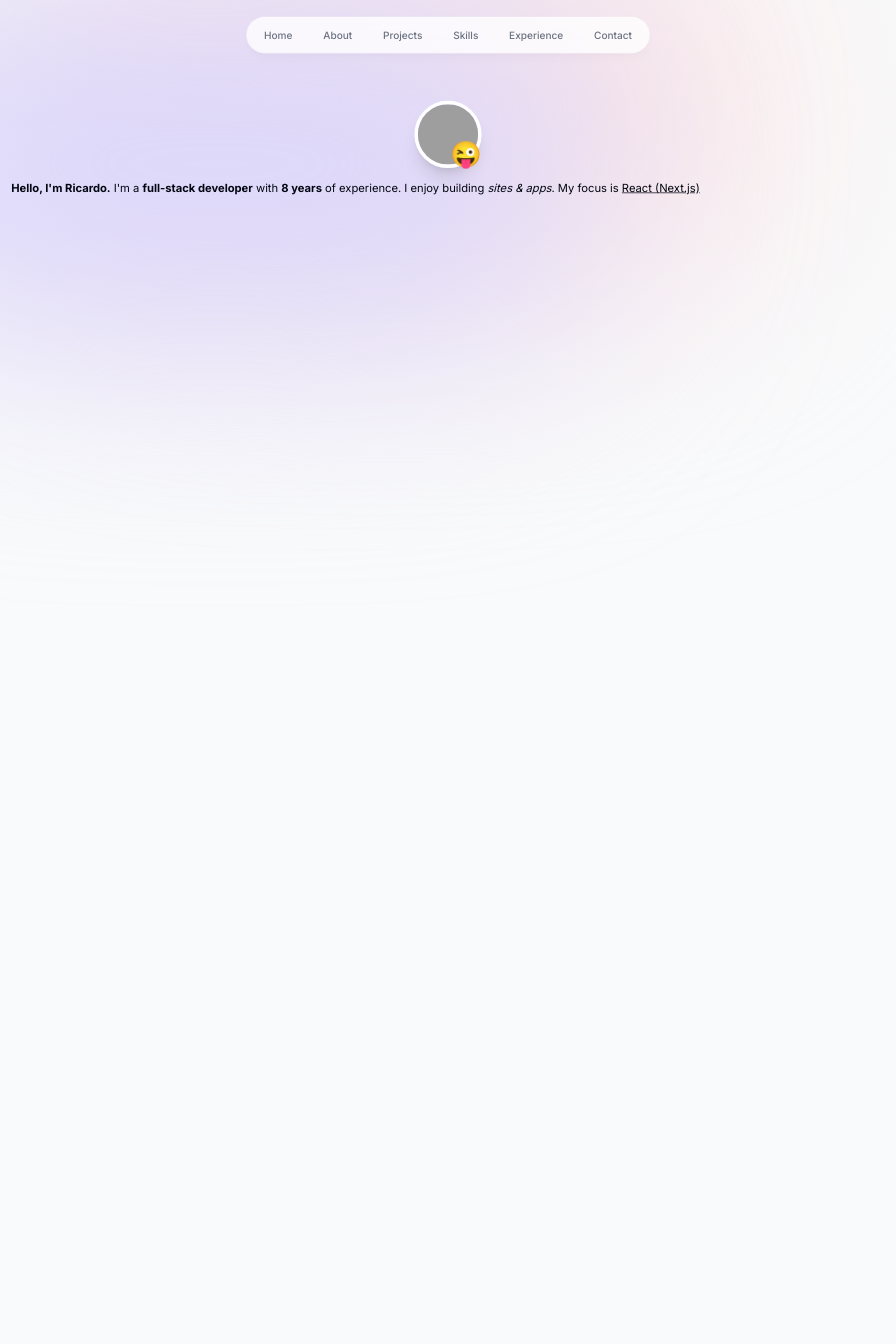
Repository: YUKIKAZE-nanoda/personal-protfolio
Page: /
These files come from the project's save history. The page is drawn as it stood at one moment and after the next save; the edit follows.
The browser window is 1280 px wide. The pictures show the part of the page from y = 0 to 1920 px (the page is 5000 px tall), at 70% of full size.
Pictures or frames that could not be fetched are drawn as grey boxes. The project was rebuilt for these pictures with package versions that can differ from the ones it lists, and the page was loaded fresh each time. The framework's server and built-in components were replaced by stand-ins that run in the browser. Also part of the build but not shown: next.config.js.

Above is the page before, as saved 2023-09-19 15:43:25.

### app/layout.tsx
import './globals.css'
import type { Metadata } from 'next'
import { Inter } from 'next/font/google'
import Header from '@/components/header'

const inter = Inter({ subsets: ['latin'] })

export const metadata: Metadata = {
  title: 'shigure|个人简历',
  description: '练习ts和nsxtjs',
}

export default function RootLayout({
  children,
}: {
  children: React.ReactNode
}) {
  return (
    <html lang="en">
      <body className={`${inter.className} bg-gray-50 text-gray-950 relative h-[5000px] pt-28 sm:pt-36`}>
        <div className="bg-[#fbe2e3] absolute top-[-6rem] -z-10 right-[11rem] h-[31.25rem] w-[31.25rem] rounded-full blur-[10rem] sm:w-[68.65rem]"></div>
        <div className="bg-[#dbd7fb] absolute top-[-1rem] -z-10 left-[-35rem] h-[31.25rem] w-[50rem] rounded-full blur-[10rem] sm:w-[68.65rem] md:left-[-33rem] lg:left-[-28rem] xl:left-[-15rem] 2xl:left-[-5rem]">

        </div>
        <Header/>

        {children}</body>
    </html>
  )
}

### app/page.tsx
import Intro from '@/components/intro'
import Image from 'next/image'

export default function Home() {
  return (
    <main className="">
      <Intro/>
    </main>
  )
}

### components/header.tsx
'use client'
import React from 'react'
import { motion } from "framer-motion"
import { links } from '@/lib/data'
import Link from 'next/link'
export default function Header() {
    return (
        <header className='z-[999] relative'>
            <motion.div className='fixed top-0 left-1/2  h-[4.5rem] w-full rounded-none
            border border-white border-opacity-40 bg-white  bg-opacity-80 shadow-lg
             shadow-black/[0.03] backdrop-blur-[0.5rem] sm:top-6 sm:h-[3.25rem] sm:w-[36rem] sm:rounded-full'
                initial={{ y: -100, x: "-50%", opacity: 0 }}
                animate={{ y: 0, x: "-50%", opacity: 1 }}
            >

            </motion.div>
            <nav className='flex fixed top-[0.15rem] left-1/2 h-12 -translate-x-1/2 py-2 sm:top-[1.7rem] sm:h-[initial] sm:py-0'>
                <ul className='flex w-[22rem] flex-wrap items-center justify-center  gap-y-1 text-[0.9rem] font-medium  text-gray-500 sm:w-[initial] sm:flex-nowrap sm:gap-5'>
                    {links.map(link => (
                        <motion.li key={link.hash} initial={{ y: -100, opacity: 0 }} animate={{ y: 0, opacity: 1 }} className='h-3/4 flex items-center justify-center ' >
                            <Link className="flex w-full items-center  justify-center px-3 py-3 hover:text-gray-950 transtion" href={link.hash}>
                                {link.name}
                            </Link>
                        </motion.li>
                    ))}
                </ul>
            </nav>
        </header>
    )
}

### components/intro.tsx
'use client'
import { motion } from 'framer-motion'
import Image from 'next/image'
import React from 'react'

export default function Intro() {
  return (
    <section>
      <div className='flex items-center justify-center'>
        <div className='relative'>
          <motion.div initial={{ opacity: 0, scale: 0 }}
            animate={{ opacity: 1, scale: 1 }}
            transition={{ type: "tween", duration: 0.25 }}>
            <Image src="https://unsplash.com/photos/a-plate-of-peanut-butter-and-banana-slices-Mt7cBpvCpF4"
              alt='shigure'
              width="192"
              height="192"
              quality="95"
              priority={true}
              className='h-24 w-24 rounded-full object-cover border-[0.35rem] border-white shadow-xl'
            />
          </motion.div>

          <motion.span className='absolute text-4xl bottom-0 right-0'
            initial={{ opacity: 0, scale: 0 }}
            animate={{ opacity: 1, scale: 1 }}
            transition={{
              type: 'spring',
              stiffness: 125,
              delay: 0.1,
              duration: 0.7
            }}
          >
            😜
          </motion.span>
        </div>
      </div>
      <p className='mb-10 mt-4 px-4 text-2x'>
        <span className="font-bold">Hello, I'm Ricardo.</span> I'm a{" "}
        <span className="font-bold">full-stack developer</span> with{" "}
        <span className="font-bold">8 years</span> of experience. I enjoy
        building <span className="italic">sites & apps</span>. My focus is{" "}
        <span className="underline">React (Next.js)</span>
      </p>
    </section>
  )
}

Loaded but not shown: app/globals.css (common file); lib/data.ts (common file); tailwind.config.ts (common file)

After the next save:
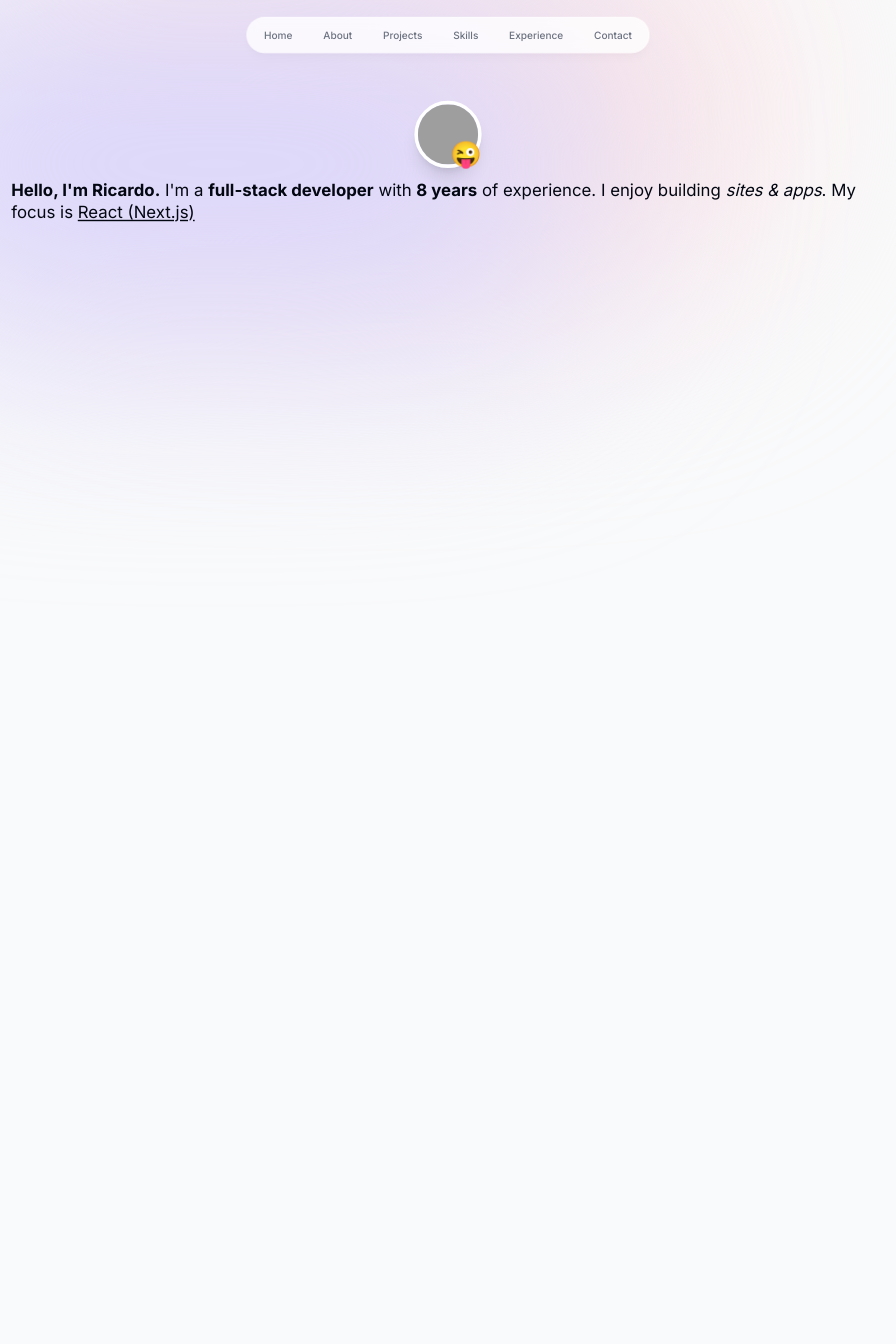
Saved 5 s later.
--- a/components/intro.tsx
+++ b/components/intro.tsx
@@ -35,7 +35,7 @@ export default function Intro() {
           </motion.span>
         </div>
       </div>
-      <p className='mb-10 mt-4 px-4 text-2x'>
+      <p className='mb-10 mt-4 px-4 text-2xl '>
         <span className="font-bold">Hello, I'm Ricardo.</span> I'm a{" "}
         <span className="font-bold">full-stack developer</span> with{" "}
         <span className="font-bold">8 years</span> of experience. I enjoy
